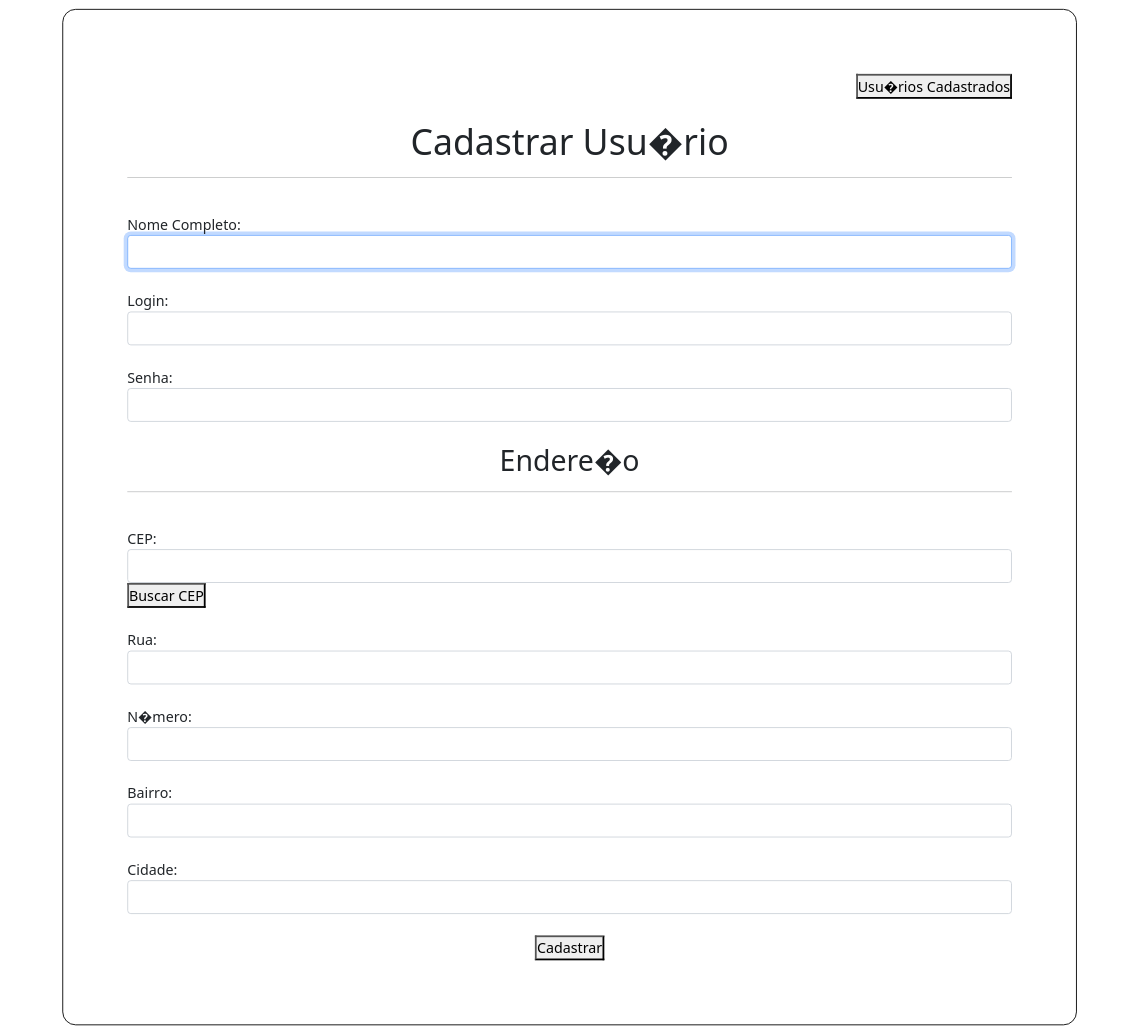
Repository: Magicianred/spring-mvc
Page: http://localhost/index
An editor plug-in stored every save of this project. The page is shown before and after the next save, followed by the edit.
The browser window is 1280 px wide. The pictures show the whole page, at 89% of full size.
The page is this project's Thymeleaf template; nobody is signed in. The template is opened directly, without the code that normally fills it, so the values that code supplies are empty.

Above is the page before, as saved 2021-01-13 01:59:50.

After the next save:
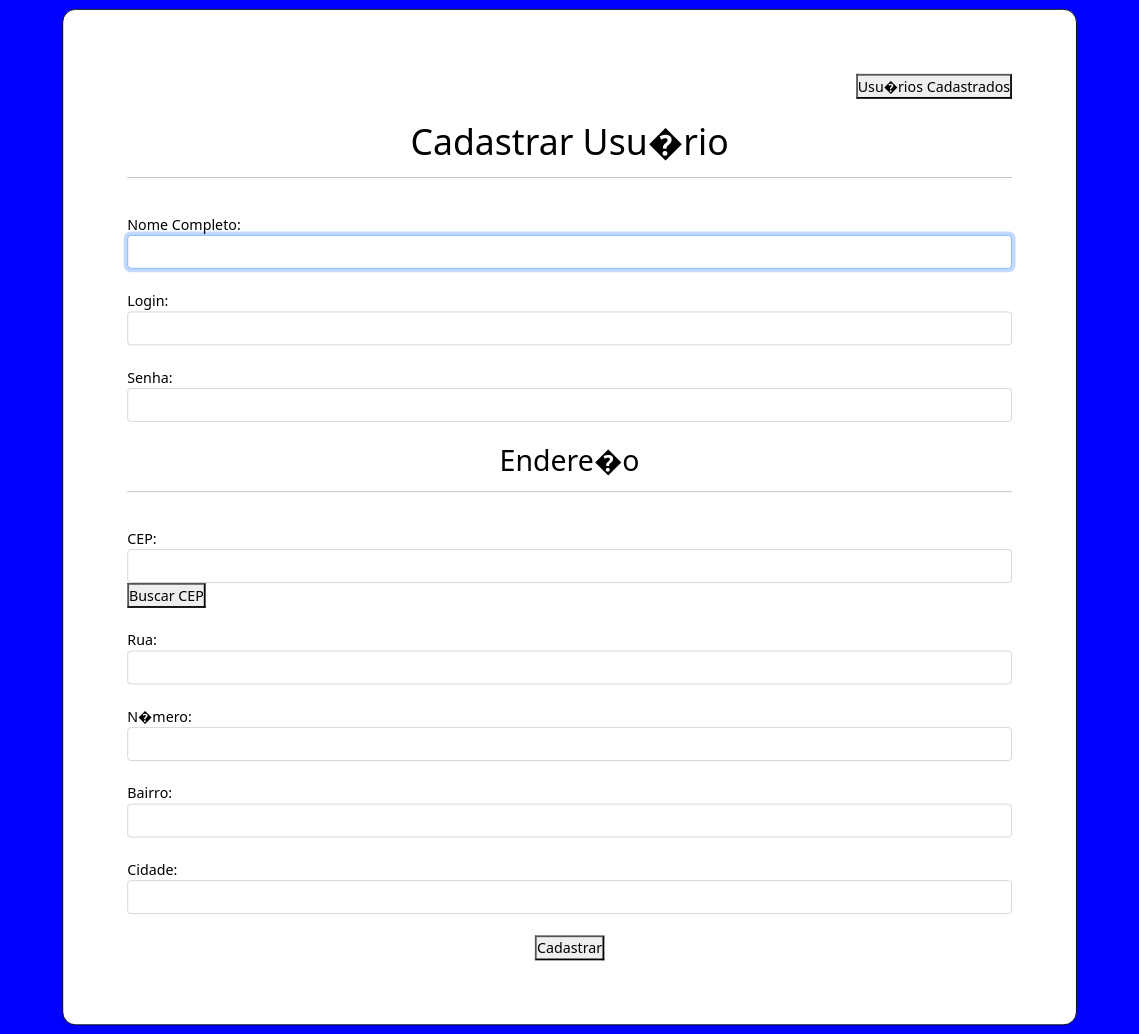
Saved 7 s later.
--- a/springmvc/src/main/resources/templates/index.html
+++ b/springmvc/src/main/resources/templates/index.html
@@ -4,8 +4,8 @@ xmlns:th="http://www.thymeleaf.org"
 xmlns:layout="http://www.ultraq.net.nz/thymeleaf/layout">
 
 <head>
+	<link th:href="@{/css/bootstrap.min.css}" rel="stylesheet"/>
 	<link th:href="@{/css/estilo.css}" rel="stylesheet"/>
-	<link th:href="@{/css/bootstrap.min.css}" rel="stylesheet"/>
 	<meta charset="ISO-8859-1">
 	<title>CRUD MVC</title>
 </head>
